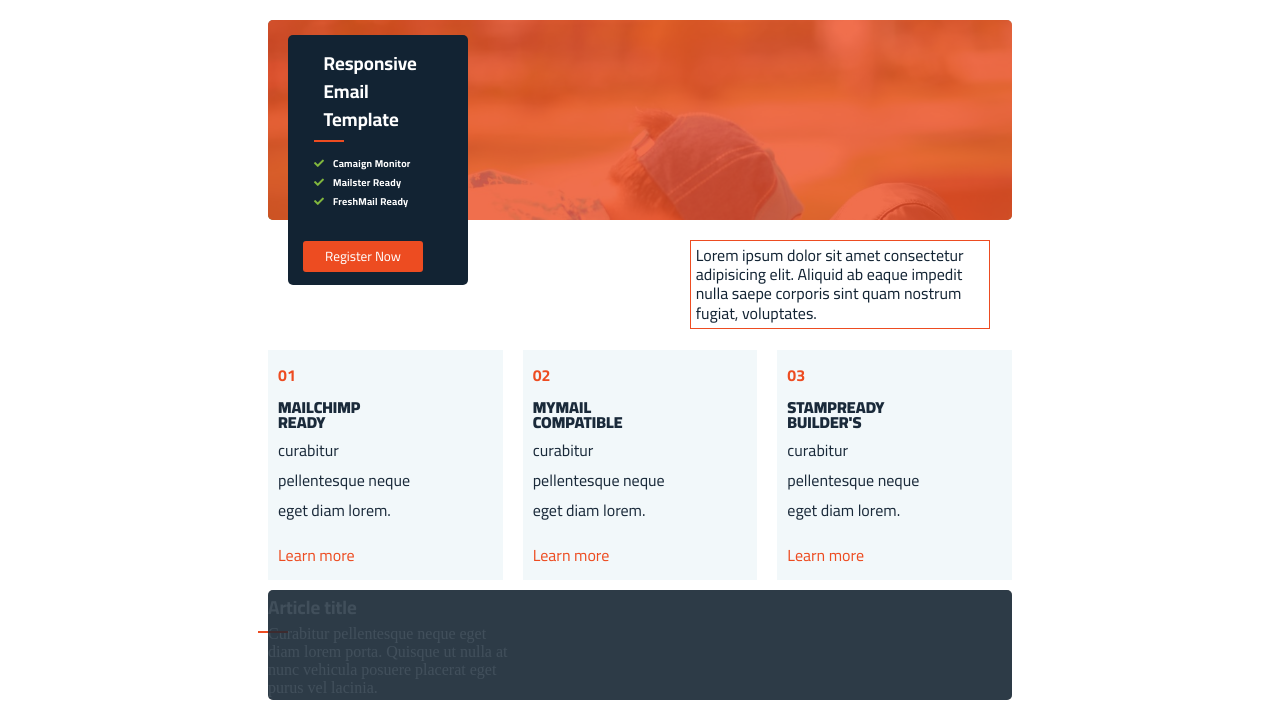
Repository: Z-ayat/Challenges
Page: Challenge 3/index.html
These files come from the project's save history. The page is drawn as it stood at one moment and after the next save; the edit follows.
The browser window is 1280 px wide. The pictures show the whole page.
Pictures or frames that could not be fetched are drawn as grey boxes.

Above is the page before, as saved 2021-09-04 02:12:31.

After the next save:
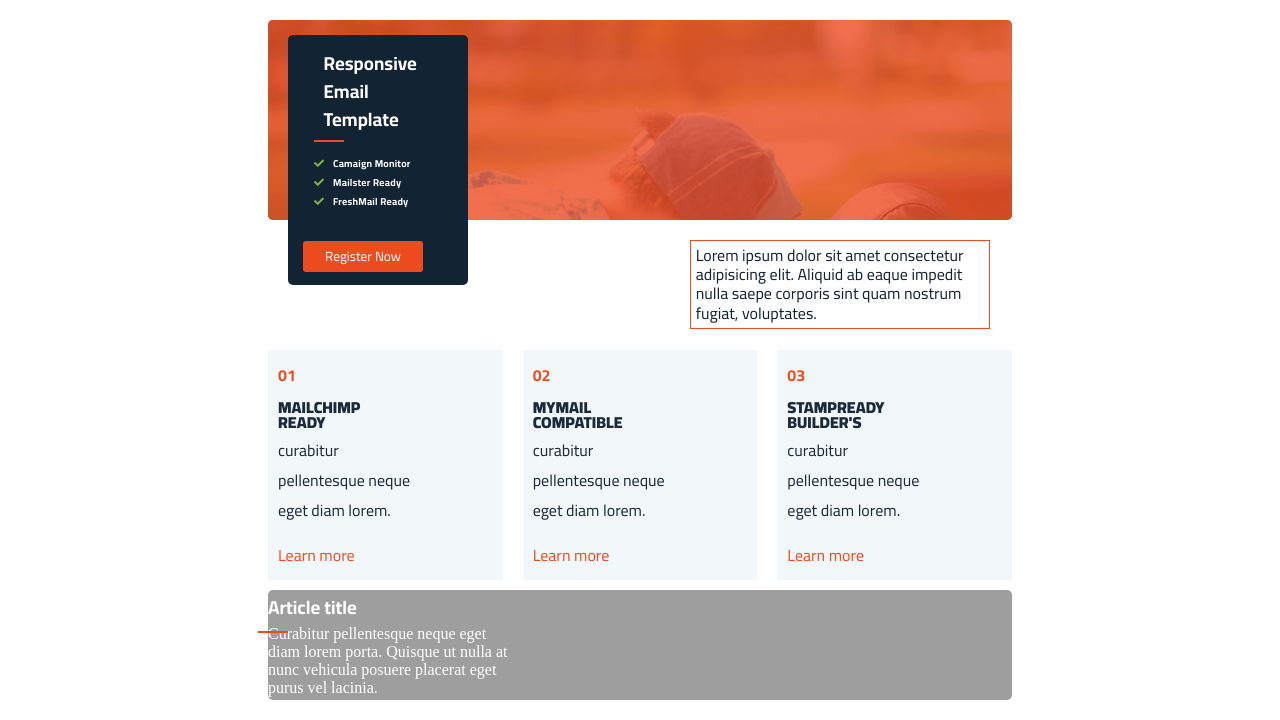
Saved 3 min 8 s later.
--- a/Challenge 3/styling/css/master.css
+++ b/Challenge 3/styling/css/master.css
@@ -248,7 +248,8 @@ h4 {
     background-color: var(--secondrycolor);
 }
 
-.foot::after {
+
+/* .foot::after {
     z-index: -1;
     height: 100%;
     width: 100%;
@@ -264,4 +265,4 @@ h4 {
     -moz-border-radius: var(--mainrad);
     -ms-border-radius: var(--mainrad);
     -o-border-radius: var(--mainrad);
-}
+} */
